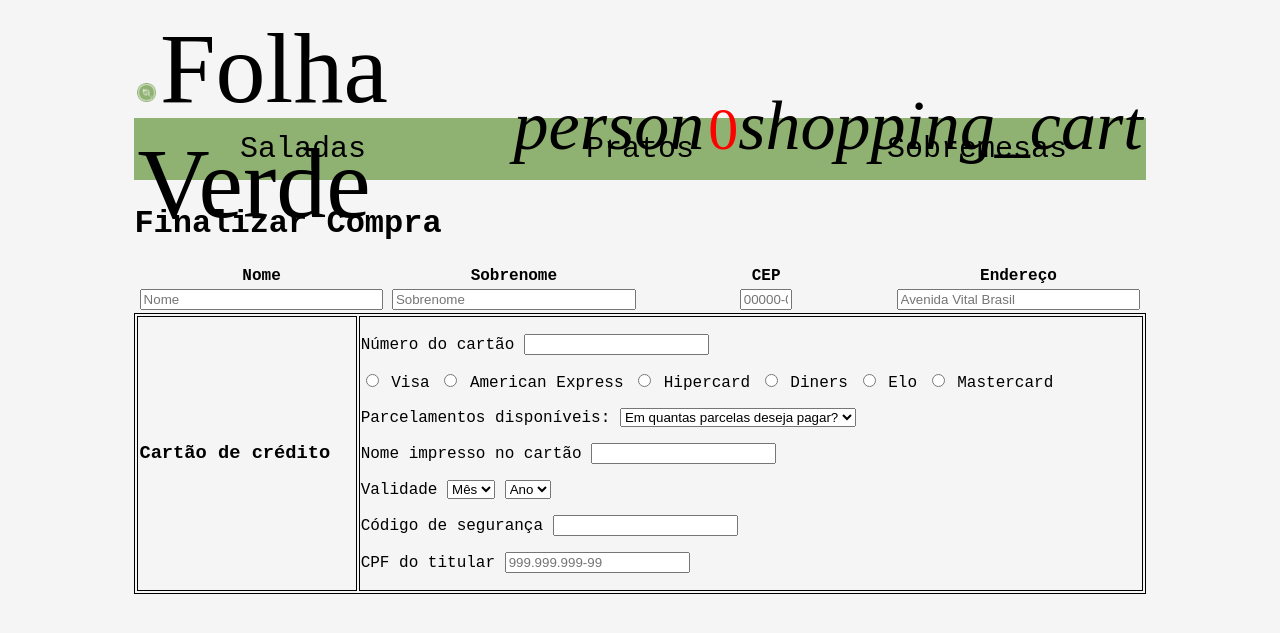
Repository: maaelphd/FolhaVerde
Page: http://localhost/FolhaVerde/Payment.jsp
These files come from the project's save history. The page is drawn as it stood at one moment and after the next save; the edit follows.
The browser window is 1280 px wide. The pictures show the whole page.
Some web fonts or font styles are not loaded; a fallback is used. The page is served by Tomcat 9. Other server files are loaded and not shown.

Above is the page before, as saved 2018-06-04 02:28:35.

### FolhaVerde/WebContent/Payment.jsp
<%@ page language="java" contentType="text/html; charset=UTF-8"
	pageEncoding="UTF-8"%>
<%@ taglib uri="http://java.sun.com/jsp/jstl/core" prefix="c"%>
<!DOCTYPE html>
<html>
<head>
	<meta charset="UTF-8">
	<title>Restaurante Folha Verde - Pagamento</title>

	<link rel="stylesheet" href="${pageContext.request.contextPath}/CSS/Payment.css"/>
</head>
<body>
	<div id="wrapper">
		<c:import url="NavBar.jsp"></c:import>

		<div id="divPageContent">

			<div class="PaymentHeaderContent">
				<h1 class="PaymentText">Finalizar Compra</h1>
			</div>

			<div class="divPaymentDataTable">
				<table class="w3-table PaymentsDataTable">
					<tr>
						<th>
							Nome
						</th>
						<th>
							Sobrenome
						</th>
						<th>
							CEP
						</th>
						<th>
							Endereço
						</th>
					</tr>
					<tr>
						<td class="tdInpUserName">
							<input type="text" id="inpUserName" placeholder="Nome" name="data[userName]">
						</td>
						<td class="tdInpUserLastName">
							<input type="text" id="inpUserLastName" placeholder="Sobrenome" name="data[userLastName]">
						</td>
						<td class="tdInpUserCEPCode">
							<input type="text" min="" id="inpUserCEPCode" placeholder="00000-000" name="data[userCEPCode]">
						</td>
						<td class="tdInpUserAdress">
							<input type="text" min="" id="inpUserAdress" placeholder="Avenida Vital Brasil" name="data[userAdress]">
						</td>
					</tr>
				</table>
			</div>

			<div class="divPaymentChoiceTable">
				<table class="w3-table PaymentsChoiceTable">
					<tr>
						<td>
							<h3>Cartão de crédito</h3>
						</td>
						<td>
							<div class="CardForm">
								<div>
									<p class="PaymentCardNumber input text required">
										<label class="FormFieldLabel " for="creditCardpayment-card-0Number">Número do cartão</label>
										<input type="tel" id="creditCardpayment-card-0Number" class="input-medium  error" name="cardNumber" maxlength="30" value="">
									</p>
									<div class="PaymentCardFlags clearfix form-inline">
										<p class="card-flags active">
											<label class="radio card-flag-label" for="creditCardselectedCard0cc-0" title="Visa">
												<input type="radio" class="card-flag-radio" id="creditCardselectedCard0cc-0" name="creditCardselectedCardFlag-0" tabindex="-1" value="2">
												<span class="card-flag Visa ">Visa</span>
											</label>
											<label class="radio card-flag-label" for="creditCardselectedCard1cc-0" title="American Express">
												<input type="radio" class="card-flag-radio" id="creditCardselectedCard1cc-0" name="creditCardselectedCardFlag-0" tabindex="-1" value="1">
												<span class="card-flag American Express ">American Express</span>
											</label>
											<label class="radio card-flag-label" for="creditCardselectedCard2cc-0" title="Hipercard">
												<input type="radio" class="card-flag-radio" id="creditCardselectedCard2cc-0" name="creditCardselectedCardFlag-0" tabindex="-1" value="8">
												<span class="card-flag Hipercard ">Hipercard</span>
											</label>
											<label class="radio card-flag-label" for="creditCardselectedCard3cc-0" title="Diners">
												<input type="radio" class="card-flag-radio" id="creditCardselectedCard3cc-0" name="creditCardselectedCardFlag-0" tabindex="-1" value="3">
												<span class="card-flag Diners card-selected">Diners</span>
											</label>
											<label class="radio card-flag-label" for="creditCardselectedCard4cc-0" title="Elo">
												<input type="radio" class="card-flag-radio" id="creditCardselectedCard4cc-0" name="creditCardselectedCardFlag-0" tabindex="-1" value="9">
												<span class="card-flag Elo ">Elo</span>
											</label>
											<label class="radio card-flag-label" for="creditCardselectedCard5cc-0" title="Mastercard">
												<input type="radio" class="card-flag-radio" id="creditCardselectedCard5cc-0" name="creditCardselectedCardFlag-0" tabindex="-1" value="4">
												<span class="card-flag Mastercard ">Mastercard</span>
											</label>
										</p>
									</div>
								</div>
								<div class="PaymentInstallments ">
									<p class="select required">
										<label class="FormFieldLabel hide" for="creditCardpayment-card-0Brand">Parcelamentos disponíveis:</label>
										<select class="input-xlarge " id="creditCardpayment-card-0Brand">
											<option value="">Em quantas parcelas deseja pagar?</option>
											<option value="1">1x-</option>
											<option value="2">2x-</option>
											<option value="2">3x-</option>
											<option value="2">4x-</option>
											<optgroup label=""></optgroup>
										</select>
									</p>
								</div>
								<div>
									<p class="PaymentCardHolderName">
										<label class="FormFieldLabel " for="creditCardpayment-card-0Name">Nome impresso no cartão</label>
										<input type="text" class="input-medium  " id="creditCardpayment-card-0Name" name="ccName" value="">
									</p>
									<div class="PaymentCardDueDate clearfix">
										<p class="payment-card-due-month input text required">
											<label class="FormFieldLabel pull-left" for="creditCardpayment-card-0Month">Validade</label>
											<select class="input-mini " id="creditCardpayment-card-0Month" name="cardExpirationMonth">
												<option value="">Mês</option>
												<option value="01">01</option>
												<option value="02">02</option>
												<option value="03">03</option>
												<option value="04">04</option>
												<option value="05">05</option>
												<option value="06">06</option>
												<option value="07">07</option>
												<option value="08">08</option>
												<option value="09">09</option>
												<option value="10">10</option>
												<option value="11">11</option>
												<option value="12">12</option>
											</select>


											<select class="input-mini " id="creditCardpayment-card-0Year" name="cardExpirationYear">
												<option value="">Ano</option>
												<option value="18">18</option>
												<option value="19">19</option>
												<option value="20">20</option>
												<option value="21">21</option>
												<option value="22">22</option>
												<option value="23">23</option>
												<option value="24">24</option>
												<option value="25">25</option>
												<option value="26">26</option>
												<option value="27">27</option>
												<option value="28">28</option>
												<option value="29">29</option>
												<option value="30">30</option>
												<option value="31">31</option>
												<option value="32">32</option>
												<option value="33">33</option>
												<option value="34">34</option>
												<option value="35">35</option>
												<option value="36">36</option>
												<option value="37">37</option>
												<option value="38">38</option>
												<option value="39">39</option>
												<option value="40">40</option>
											</select>

										</p>
									</div>
								</div>
								<p class="PaymentCardCVV input text required">
									<label class="FormFieldLabel " for="creditCardpayment-card-0Code">Código de segurança</label>
									<input type="tel" id="creditCardpayment-card-0Code" class="input-mini   " maxlength="3" value="">
								</p>
								<p class="PaymentCardHolderDocument input text required mask">
									<label class="FormFieldLabel " for="holder-document-0">CPF do titular</label>
									<input type="tel" id="holder-document-0" class="input-small  " value="" placeholder="999.999.999-99">
								</p>
							</div>
						</td>
					</tr>
				</table>
			</div>
		</div>

	</div>
</body>
<footer></footer>
<script>
</script>
</html>

### FolhaVerde/WebContent/NavBar.jsp
<%@ page language="java" contentType="text/html; charset=UTF-8"	pageEncoding="UTF-8"%>
<%@ taglib uri="http://java.sun.com/jsp/jstl/core" prefix="c"%>
<!DOCTYPE html>
	 <meta charset="UTF-8">

 	<link href="https://fonts.googleapis.com/icon?family=Material+Icons" rel="stylesheet">
	<link rel="stylesheet" href="${pageContext.request.contextPath}/CSS/Pages.css"/>
	<link rel="stylesheet" href="${pageContext.request.contextPath}/CSS/NavBar.css"/>
	<link rel="stylesheet" href="${pageContext.request.contextPath}/CSS/RobotoFonts.css" type="text/css">
	<link rel="stylesheet" href="${pageContext.request.contextPath}/CSS/IndieFlower.css" type="text/css">

	<div class="LogoHeader">
		<table class="w3-table TopBarTable">
			<tr>
				<td>
					<div class="LogoImg">
						<a href="index.jsp"><img src="${pageContext.request.contextPath}/imgs/LOGO.png"> <span class="NomeEmpresaLogo"> Folha Verde </span></a>
					</div>
				</td>
				<td id="PersonIcoCol">
					<i class="material-icons" id="PersonIco">person</i>
				</td>
				<td id="shoppingCartIcoCol">
					<span class="ItensCountNumber">0</span><i class="material-icons" id="shoppingCartIco">shopping_cart</i>
				</td>
			</tr>
		</table>
	</div>

	<nav>
		<ul class="horizontal">
			<li><a href="#home" class="SaladTab">Saladas</a></li>
			<li><a href="#news" class="PlateTab">Pratos</a></li>
			<li><a href="#contact" class="DessertTab">Sobremesas</a></li>
		</ul>
	</nav>

	<!-- JQUERY & BOOTSTRAP  -->

	<!-- jQuery Reference -->
	<!-- <script src="${pageContext.request.contextPath}/jquery-ui/jquery-ui.min.js"></script> -->
	<script src="${pageContext.request.contextPath}/jquery-ui/jquery-3.3.1.min.js"></script>
	<script src="https://cdnjs.cloudflare.com/ajax/libs/jquery.mask/1.14.10/jquery.mask.js"></script>


	<script src="https://maxcdn.bootstrapcdn.com/bootstrap/3.3.7/js/bootstrap.min.js"></script>

	<script>
	$(document).ready(function () {

	  	$(".nav a").on("click", function(){
	  	   $(".nav").find(".active").removeClass("active");
	  	   $(this).parent().addClass("active");
	  	});

	});
	//# sourceURL=pen.js
	</script>

### FolhaVerde/WebContent/CSS/Payment.css
body {
	font-family: 'Roboto Mono', monospace;
}

.w3-content.w3-section
{
	align-items: center;
	margin: 0 auto;
	width: 100%;
	height: 100%;
}

.divPaymentChoiceTable,
.divPaymentDataTable {
	width: 80%;;
	margin: 0 auto;
}

.PaymentsChoiceTable,
.PaymentsDataTable {
	width: 100%;;
	margin: 0 auto;
	text-align: center;
}

.PaymentHeaderContent {
	width: 80%;;
	margin: 0 auto;
	text-align: left;
}

.tdInpUserName input, .tdInpUserLastName input,
.tdInpUserAdress input {
	width: 95%;
}

.tdInpUserCEPCode input {
	width: 18%;
}

.PaymentsChoiceTable,
.PaymentsChoiceTable td,
.PaymentsChoiceTable tr {
	border: 1px solid black;
}

.PaymentsChoiceTable td {
	text-align: left;
}

### FolhaVerde/WebContent/CSS/Pages.css
html, body {
	background-color: #f5f5f5;
	font-family: 'Roboto Mono', monospace;
}

#divPageContent
{
	display: block;
	margin-top: 2%;
}

.TopBar {
	border: 1px solid black;
}

### FolhaVerde/WebContent/CSS/NavBar.css
nav {
	width: 80%;
	text-align: center;
	margin: 0% auto;
}

ul {
    list-style-type: none;
    margin: 0;
    padding: 0;
    overflow: hidden;
    background-color: #8FB171;
}

li {
    float: left;
    width: 33.33333%;
}

li a {
    display: block;
    color: white;
    text-align: center;
    padding: 14px 16px;
    text-decoration: none;
}

li a.SaladTab,
li a.PlateTab,
li a.DessertTab {
    font-size: 30px;
}

/* Change the link color to #111 (black) on hover */
li a:hover {
    background-color: #badd9b;
}

a:link {
	color: inherit;
	text-decoration: none;
}

.LogoHeader
{
	width: 80%;
	height: 110px;
	text-align: left;
	margin: 0% auto;
	font-family: 'Indie Flower', cursive;
}

.LogoImg img
{
	width: 5%;
	height: 5%;
}

.NomeEmpresaLogo {
	font-size: 100px;
	font-family:
}

#shoppingCartIco,
#PersonIco {
	font-size: 70px;
}

.TopBarTable{
	width: 100%;
}

.ItensCountNumber {
	font-size: 60px;
	color: #ff0000;
	font-family: 'Indie Flower', cursive;
}

.SaladTab.active, .PlateTab.active, .DessertTab.active{
	background-color: #badd9b;
}

### FolhaVerde/WebContent/CSS/RobotoFonts.css
/* cyrillic-ext */
@font-face {
  font-family: 'Roboto Mono';
  font-style: normal;
  font-weight: 400;
  src: local('Roboto Mono'), local('RobotoMono-Regular'), url(https://fonts.gstatic.com/s/robotomono/v5/L0x5DF4xlVMF-BfR8bXMIjhGq3-OXg.woff2) format('woff2');
  unicode-range: U+0460-052F, U+1C80-1C88, U+20B4, U+2DE0-2DFF, U+A640-A69F, U+FE2E-FE2F;
}
/* cyrillic */
@font-face {
  font-family: 'Roboto Mono';
  font-style: normal;
  font-weight: 400;
  src: local('Roboto Mono'), local('RobotoMono-Regular'), url(https://fonts.gstatic.com/s/robotomono/v5/L0x5DF4xlVMF-BfR8bXMIjhPq3-OXg.woff2) format('woff2');
  unicode-range: U+0400-045F, U+0490-0491, U+04B0-04B1, U+2116;
}
/* greek-ext */
@font-face {
  font-family: 'Roboto Mono';
  font-style: normal;
  font-weight: 400;
  src: local('Roboto Mono'), local('RobotoMono-Regular'), url(https://fonts.gstatic.com/s/robotomono/v5/L0x5DF4xlVMF-BfR8bXMIjhHq3-OXg.woff2) format('woff2');
  unicode-range: U+1F00-1FFF;
}
/* greek */
@font-face {
  font-family: 'Roboto Mono';
  font-style: normal;
  font-weight: 400;
  src: local('Roboto Mono'), local('RobotoMono-Regular'), url(https://fonts.gstatic.com/s/robotomono/v5/L0x5DF4xlVMF-BfR8bXMIjhIq3-OXg.woff2) format('woff2');
  unicode-range: U+0370-03FF;
}
/* vietnamese */
@font-face {
  font-family: 'Roboto Mono';
  font-style: normal;
  font-weight: 400;
  src: local('Roboto Mono'), local('RobotoMono-Regular'), url(https://fonts.gstatic.com/s/robotomono/v5/L0x5DF4xlVMF-BfR8bXMIjhEq3-OXg.woff2) format('woff2');
  unicode-range: U+0102-0103, U+0110-0111, U+1EA0-1EF9, U+20AB;
}
/* latin-ext */
@font-face {
  font-family: 'Roboto Mono';
  font-style: normal;
  font-weight: 400;
  src: local('Roboto Mono'), local('RobotoMono-Regular'), url(https://fonts.gstatic.com/s/robotomono/v5/L0x5DF4xlVMF-BfR8bXMIjhFq3-OXg.woff2) format('woff2');
  unicode-range: U+0100-024F, U+0259, U+1E00-1EFF, U+2020, U+20A0-20AB, U+20AD-20CF, U+2113, U+2C60-2C7F, U+A720-A7FF;
}
/* latin */
@font-face {
  font-family: 'Roboto Mono';
  font-style: normal;
  font-weight: 400;
  src: local('Roboto Mono'), local('RobotoMono-Regular'), url(https://fonts.gstatic.com/s/robotomono/v5/L0x5DF4xlVMF-BfR8bXMIjhLq38.woff2) format('woff2');
  unicode-range: U+0000-00FF, U+0131, U+0152-0153, U+02BB-02BC, U+02C6, U+02DA, U+02DC, U+2000-206F, U+2074, U+20AC, U+2122, U+2191, U+2193, U+2212, U+2215, U+FEFF, U+FFFD;
}

### FolhaVerde/WebContent/CSS/IndieFlower.css
/* latin */
@font-face {
  font-family: 'Indie Flower';
  font-style: normal;
  font-weight: 400;
  src: local('Indie Flower'), local('IndieFlower'), url(https://fonts.gstatic.com/s/indieflower/v9/m8JVjfNVeKWVnh3QMuKkFcZVaUuH.woff2) format('woff2');
  unicode-range: U+0000-00FF, U+0131, U+0152-0153, U+02BB-02BC, U+02C6, U+02DA, U+02DC, U+2000-206F, U+2074, U+20AC, U+2122, U+2191, U+2193, U+2212, U+2215, U+FEFF, U+FFFD;
}

Loaded but not shown: FolhaVerde/WebContent/jquery-ui/jquery-3.3.1.min.js (library)

After the next save:
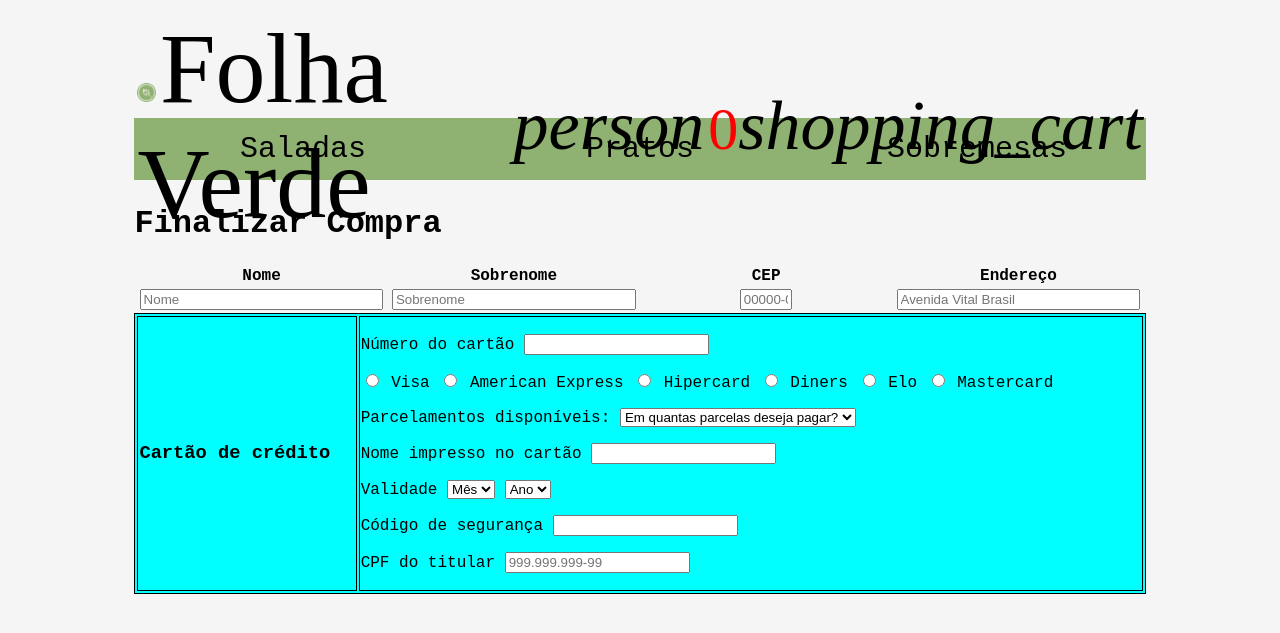
Saved 18 s later.
--- a/FolhaVerde/WebContent/CSS/Payment.css
+++ b/FolhaVerde/WebContent/CSS/Payment.css
@@ -38,6 +38,10 @@ body {
 	width: 18%;
 }
 
+.PaymentsChoiceTable {
+	background-color: aqua;
+}
+
 .PaymentsChoiceTable,
 .PaymentsChoiceTable td,
 .PaymentsChoiceTable tr {
